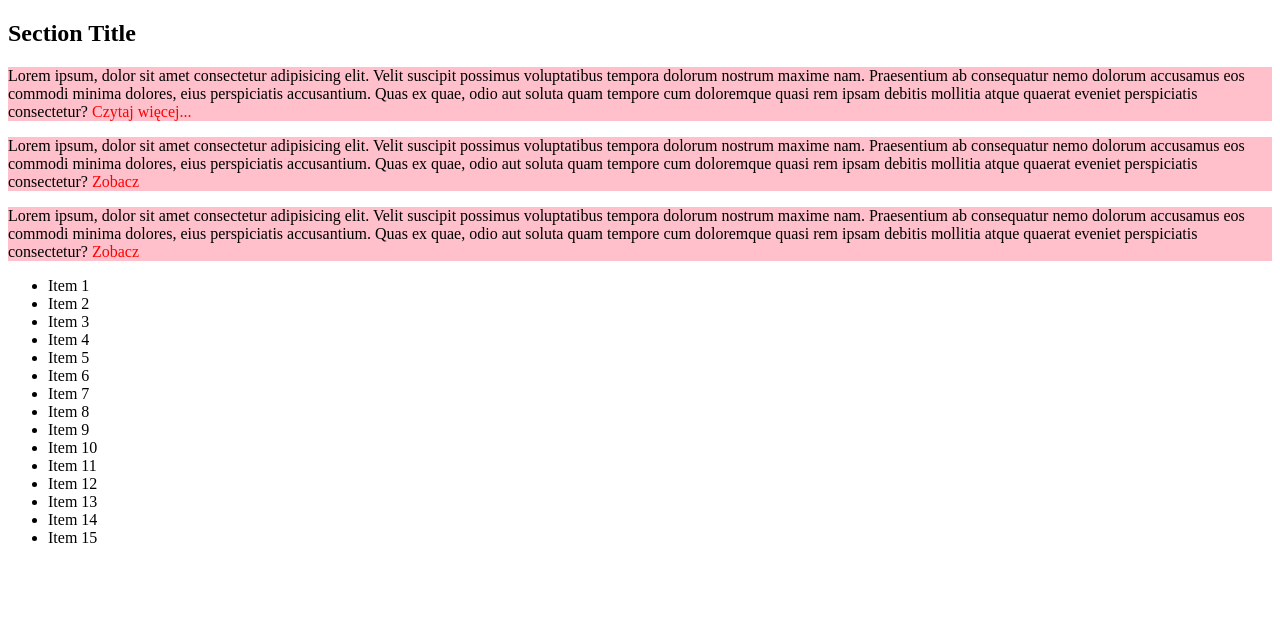
Repository: magdaf41/jQuery
Page: zadanie 3/index.html
The author's editor kept a copy of each file at every save. The page is drawn from the files as they stood at one save, then again after the next save.
The browser window is 1280 px wide. The pictures show the whole page.

Above is the page before, as saved 2020-09-08 21:47:17.

### zadanie 3/index.html
<!DOCTYPE html>
<html>

<head>
    <meta charset=utf-8 />
    <title>Return first and last name from a form - w3resource</title>
</head>

<body>
    <section id="about">
        <h2>Section Title</h2>
        <p class="content">Lorem ipsum, dolor sit amet consectetur adipisicing
        elit. Velit suscipit possimus voluptatibus tempora dolorum nostrum
        maxime nam. Praesentium ab consequatur nemo dolorum accusamus eos
        commodi minima dolores, eius perspiciatis accusantium. Quas ex quae,
        odio aut soluta quam tempore cum doloremque quasi rem ipsam debitis
        mollitia atque quaerat eveniet perspiciatis consectetur?
        <a href="" title="Read more">Czytaj więcej...</a></p>
        <p class="content">Lorem ipsum, dolor sit amet consectetur adipisicing
        elit. Velit suscipit possimus voluptatibus tempora dolorum nostrum
        maxime nam. Praesentium ab consequatur nemo dolorum accusamus eos
        commodi minima dolores, eius perspiciatis accusantium. Quas ex quae,
        odio aut soluta quam tempore cum doloremque quasi rem ipsam debitis
        mollitia atque quaerat eveniet perspiciatis consectetur?
        <a href="" title="See more">Zobacz</a></p>
        <p class="description">Lorem ipsum, dolor sit amet consectetur adipisicing
        elit. Velit suscipit possimus voluptatibus tempora dolorum nostrum
        maxime nam. Praesentium ab consequatur nemo dolorum accusamus eos
        commodi minima dolores, eius perspiciatis accusantium. Quas ex quae,
        odio aut soluta quam tempore cum doloremque quasi rem ipsam debitis
        mollitia atque quaerat eveniet perspiciatis consectetur?
        <a href="" title="See more">Zobacz</a></p>
        <ul>
             <li class="list-item">Item 1</li>
             <li class="list-item">Item 2</li>
             <li class="list-item">Item 3</li>
             <li class="list-item">Item 4</li>
             <li class="list-item">Item 5</li>
             <li class="list-item">Item 6</li>
             <li class="list-item">Item 7</li>
             <li class="list-item">Item 8</li>
             <li class="list-item">Item 9</li>
             <li class="list-item">Item 10</li>
             <li class="list-item">Item 11</li>
             <li class="list-item">Item 12</li>
             <li class="list-item">Item 13</li>
             <li class="list-item">Item 14</li>
             <li class="list-item">Item 15</li>
        </ul>
   </section>

    <!-- Biblioteka jQuery -->
    <script src="js/jquery-3.5.1.min.js"></script>
    <!--Custom script  -->
    <script src="js/main.js"></script>
</body>

</html>

### zadanie 3/js/main.js
$(document).ready(function () {

   $('p').css('background-color', 'pink');

   $('a').css({
       "text-decoration" : 'none',
       color: 'red'
   })
});

Loaded but not shown: zadanie 3/js/jquery-3.5.1.min.js (library)

After the next save:
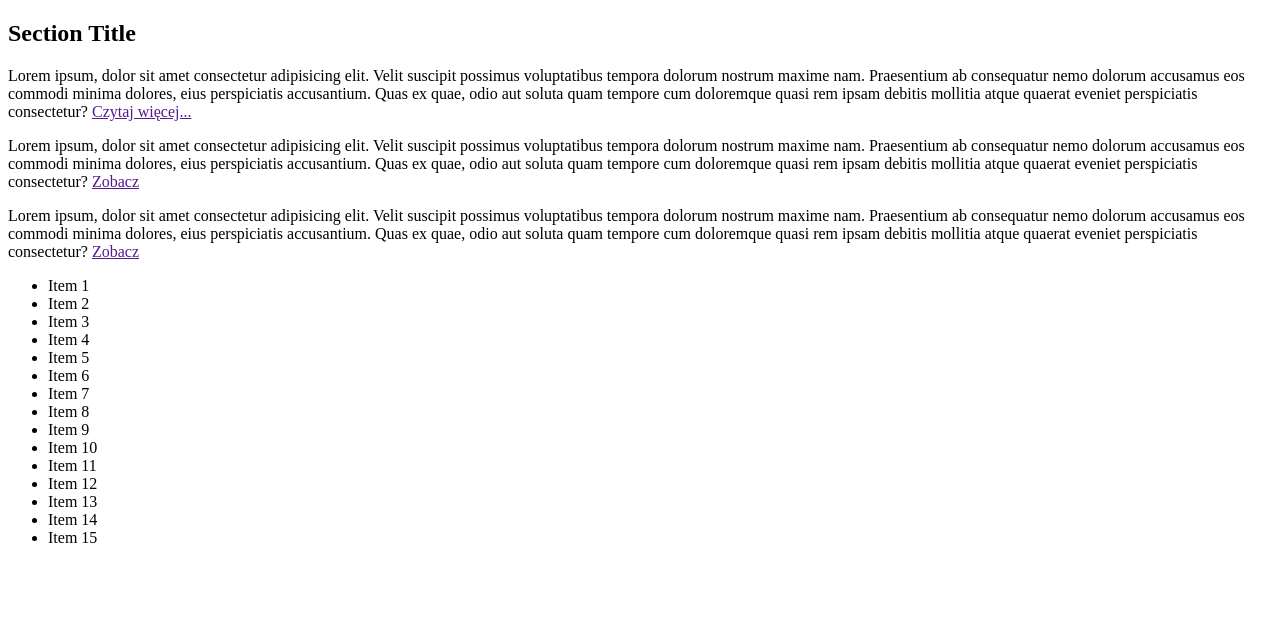
Console error: SyntaxError: Unexpected token ';'
Saved 35 s later.
--- a/zadanie 3/js/main.js
+++ b/zadanie 3/js/main.js
@@ -4,6 +4,7 @@
 
    $('a').css({
        "text-decoration" : 'none',
-       color: 'red'
+       "color": 'red',
+        "fontSize": '2em';
    })
 });

After the save that followed:
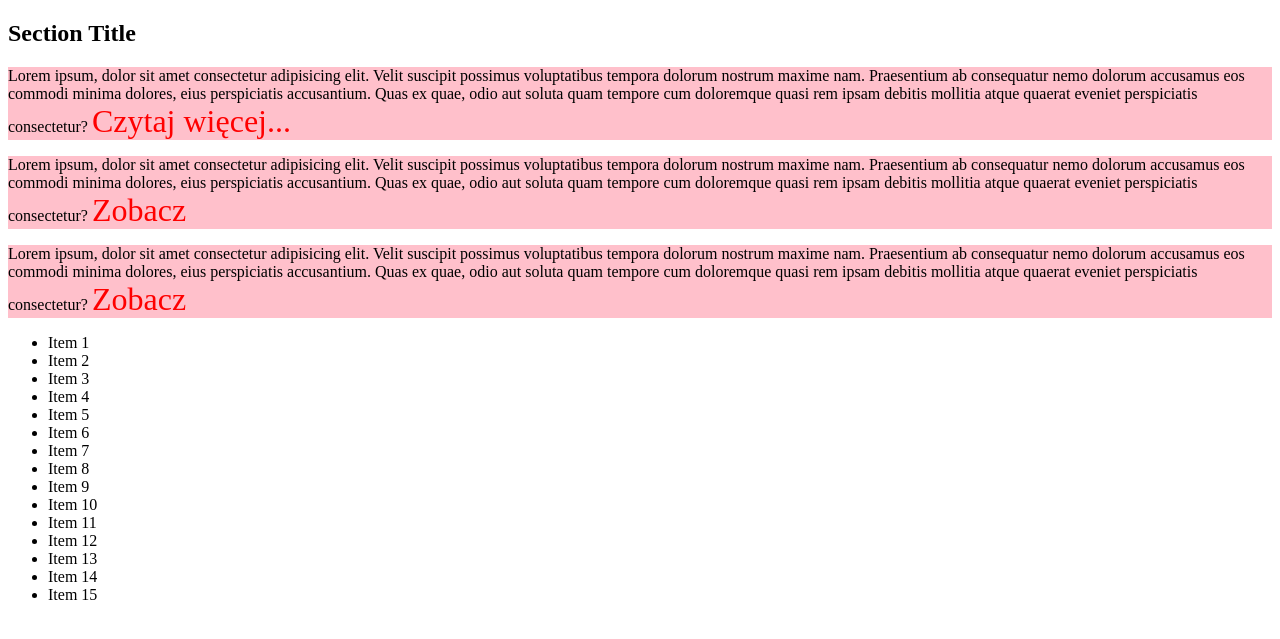
The error is gone.
Saved 6 s later.
--- a/zadanie 3/js/main.js
+++ b/zadanie 3/js/main.js
@@ -5,6 +5,6 @@
    $('a').css({
        "text-decoration" : 'none',
        "color": 'red',
-        "fontSize": '2em';
+        "fontSize": '2em'
    })
 });
